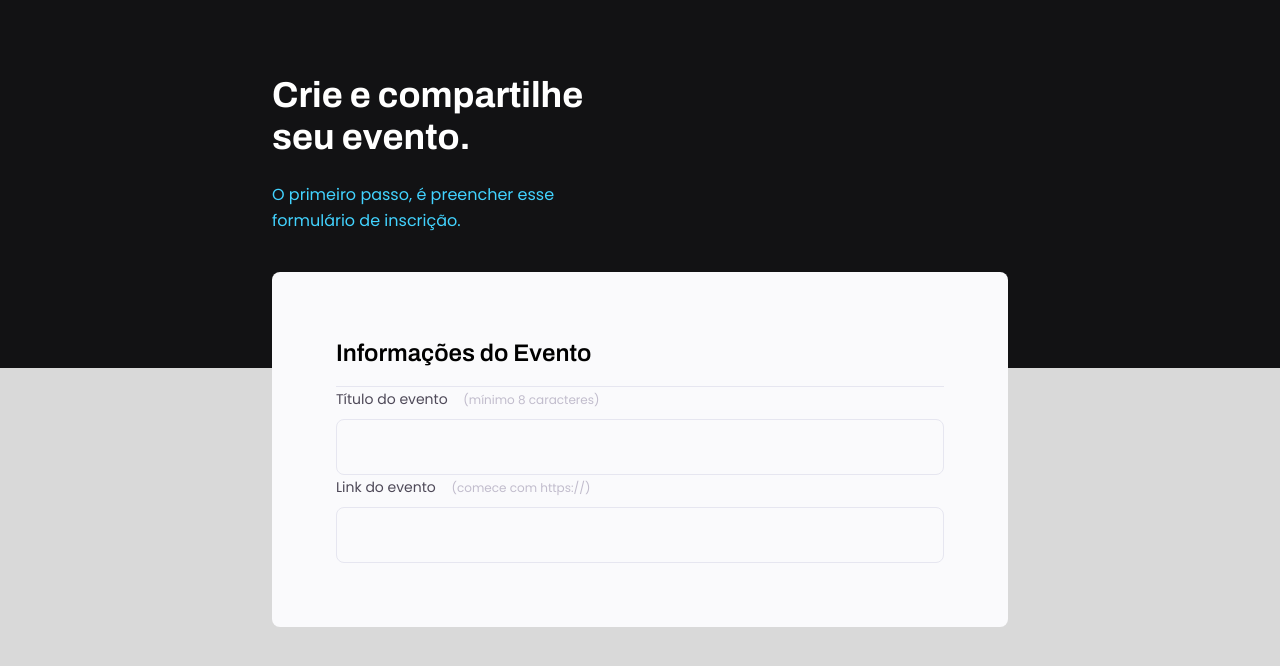
Repository: devMuriloOliveira/Formulario
Page: index.html
An editor plug-in stored every save of this project. The page is shown before and after the next save, followed by the edit.
The browser window is 1280 px wide. The pictures show the whole page.

Above is the page before, as saved 2023-10-31 20:50:35.

After the next save:
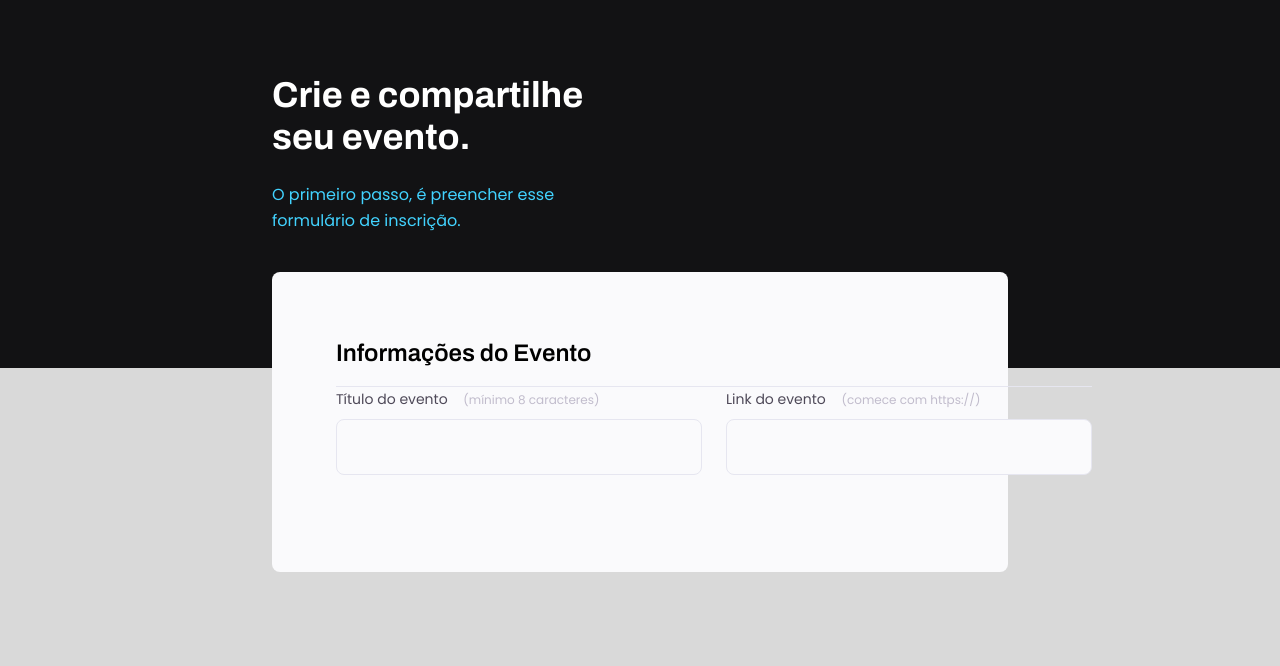
Saved 9 min 26 s later.
--- a/style.css
+++ b/style.css
@@ -64,7 +64,10 @@ form{
 
 fieldset{
   border: none;
+  display: flex;
+  gap: 24px;
 }
+
 
 fieldset legend{
   font-family: 'Archivo', 'S';
